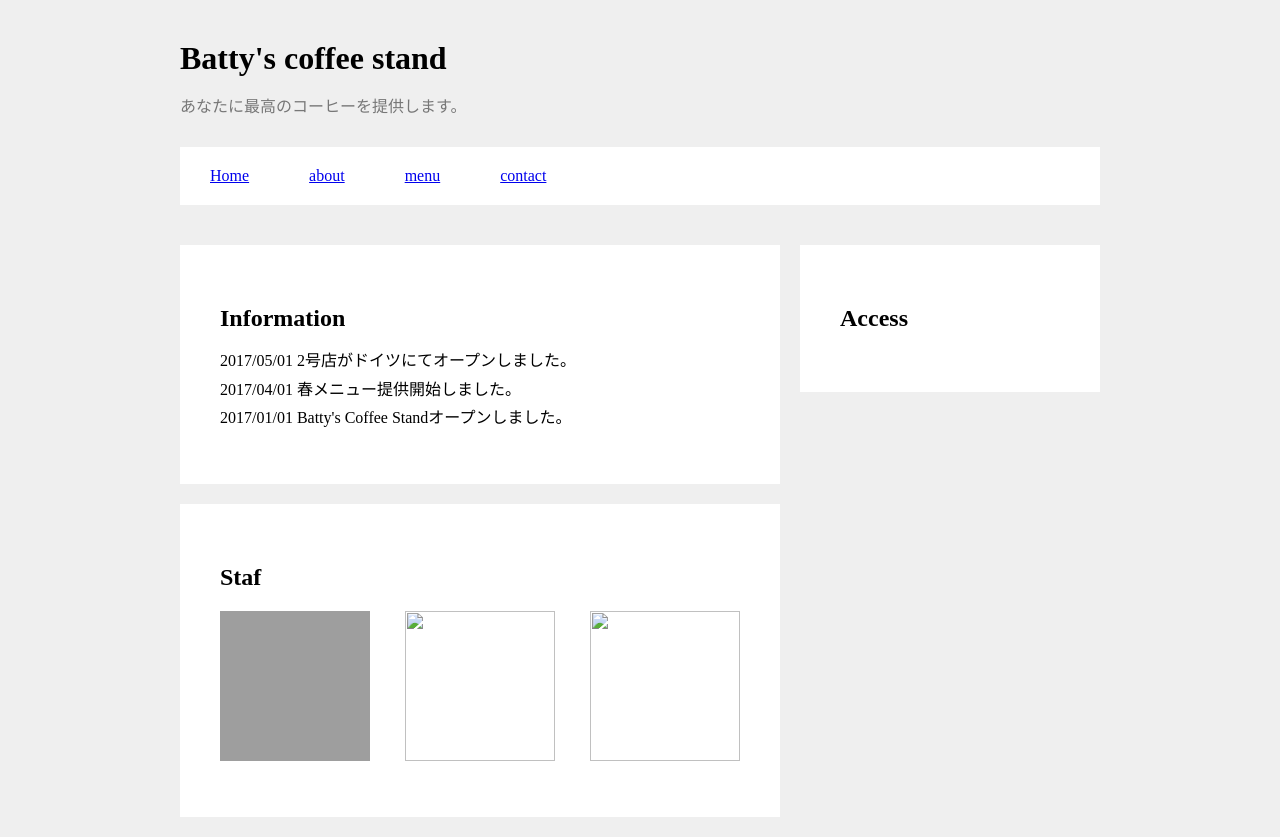
Repository: ayainokuchi/php_practice
Page: html/batty_coffee_stand/index.html
The author's editor kept a record of every edit. The page is drawn from the files as they stood at one moment, then again after the next edit.
The browser window is 1280 px wide. The pictures show the whole page.
Pictures or frames that could not be fetched are drawn as grey boxes.

Above is the page before.

After the next edit:
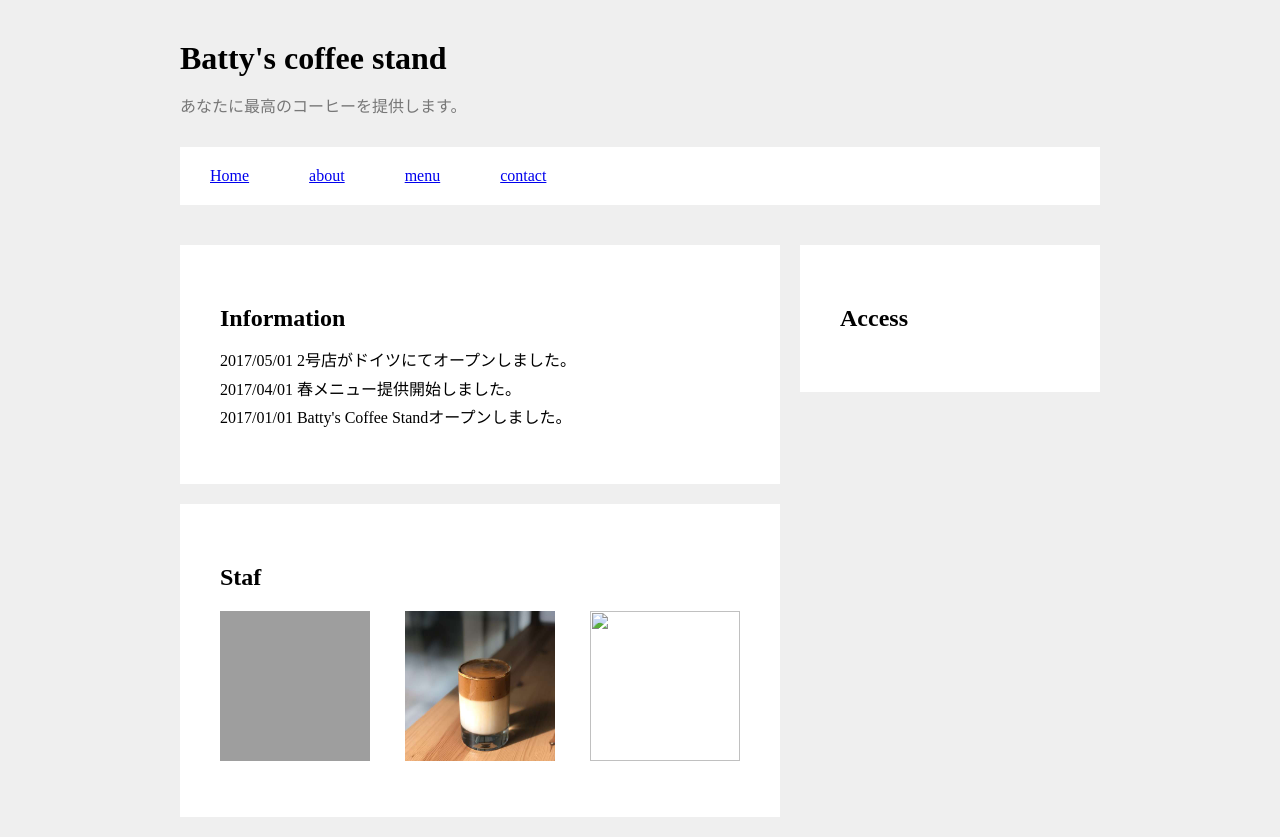
The edit:
--- a/html/batty_coffee_stand/index.html
+++ b/html/batty_coffee_stand/index.html
@@ -41,7 +41,7 @@
                         <p></p>
                     </div>
                     <div class="staff-list">
-                        <img src="" class="staff-image">
+                        <img src="./image/coffee2.jpeg" class="staff-image">
                         <p></p>
                     </div>
                     <div class="staff-list">
